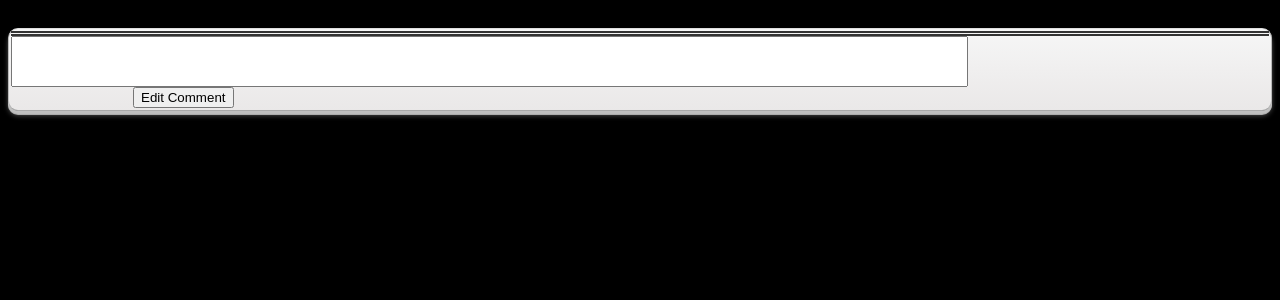
Repository: SuvakovSrdjan/WebForum
Page: http://localhost/Simple-web-forum/EditComment.jsp
The author's editor kept a copy of each file at every save. The page is drawn from the files as they stood at one save, then again after the next save.
The browser window is 1280 px wide. The pictures show the whole page.
The page is served by Tomcat 9. Other server files are loaded and not shown.

Above is the page before, as saved 2017-09-18 19:38:19.

### Simple-web-forum/WebContent/EditComment.jsp
<%@ page language="java" contentType="text/html; charset=UTF-8"
    pageEncoding="UTF-8"%>
<%@taglib uri="http://java.sun.com/jsp/jstl/core" prefix="c"%>
<!DOCTYPE html PUBLIC "-//W3C//DTD HTML 4.01 Transitional//EN" "http://www.w3.org/TR/html4/loose.dtd">
<html>
<head>
<meta http-equiv="Content-Type" content="text/html; charset=UTF-8">
<title>Infinite Comment</title>
<link rel="stylesheet" type="text/css" href="WEB-SRC/StyleSettingsMainPage.css">
</head>
<body>

<form style="padding-top: 20px;" name="msgForm"  method="post" action="InfiniteCommentServlet">
	<table>
		<tr>
			<td colspan = "2"><textarea style="resize: none;" rows="3" cols="117" name="commentText"></textarea>
			<input type="submit" name="addComment" value="Edit Comment" ></td>
		</tr>
	</table>
</form>

</body>
</html>

### Simple-web-forum/WebContent/WEB-SRC/StyleSettingsMainPage.css
@charset "UTF-8";
body {
	background-color: activecaption;
	font: 12px Lucida sans, Arial, Helvetica, sans-serif;
	color: #333;
	text-align: center;
}

h1 {
	color: white;
}
img{
	width: 50px;
	height: 50px;
	white-space: -o-pre-wrap;
    word-wrap: break-word;
    white-space: pre-wrap;
    white-space: -moz-pre-wrap;
    white-space: -pre-wrap;
}
ul {
	list-style-type:none;
    background-color: #444444;
	background-image: -webkit-gradient(linear, left top, left bottom, from(#444444), to(#eae8e8));
	background-image: -webkit-linear-gradient(top, #f6f6f6, #eae8e8);
	background-image: -moz-linear-gradient(top, #444444, #eae8e8);
	background-image: -ms-linear-gradient(top, #f6f6f6, #eae8e8);
	background-image: -o-linear-gradient(top, #f6f6f6, #eae8e8);
	background-image: linear-gradient(top, #f6f6f6, #eae8e8);
	border-color: #dedede #bababa #aaa #bababa;
	border-style: solid;
	border-width: 1px;
	-webkit-border-radius: 10px;
	-moz-border-radius: 10px;
	border-radius: 10px;
	-webkit-box-shadow: 0 3px 3px rgba(255,255,255,.1), 0 3px 0 #bbb, 0 4px 0 #aaa, 0 5px 5px #444;
	-moz-box-shadow: 0 3px 3px rgba(255,255,255,.1), 0 3px 0 #bbb, 0 4px 0 #aaa, 0 5px 5px #444;
	box-shadow: 0 3px 3px rgba(255,255,255,.1), 0 3px 0 #bbb, 0 4px 0 #aaa, 0 5px 5px #444;




    overflow: auto; /* Enable scrolling if the sidenav has too much content */
}
li {
   float: left;
   background-color: #444444;
	background-image: -webkit-gradient(linear, left top, left bottom, from(#444444), to(#eae8e8));
	background-image: -webkit-linear-gradient(top, #f6f6f6, #eae8e8);
	background-image: -moz-linear-gradient(top, #444444, #eae8e8);
	background-image: -ms-linear-gradient(top, #f6f6f6, #eae8e8);
	background-image: -o-linear-gradient(top, #f6f6f6, #eae8e8);
	background-image: linear-gradient(top, #f6f6f6, #eae8e8);
	border-color: #dedede #bababa #aaa #bababa;
	border-style: solid;
	border-width: 1px;
	-webkit-border-radius: 10px;
	-moz-border-radius: 10px;
	border-radius: 10px;
	-webkit-box-shadow: 0 3px 3px rgba(255,255,255,.1), 0 3px 0 #bbb, 0 4px 0 #aaa, 0 5px 5px #444;
	-moz-box-shadow: 0 3px 3px rgba(255,255,255,.1), 0 3px 0 #bbb, 0 4px 0 #aaa, 0 5px 5px #444;
	box-shadow: 0 3px 3px rgba(255,255,255,.1), 0 3px 0 #bbb, 0 4px 0 #aaa, 0 5px 5px #444;

	overflow: hidden;
	padding: 0px;
}
li:last-child {
    border-right-style: none;
    border-left-style: inset;
    border-left-color: #111111;
    float:right;
}
a {
    display: block;
    padding: 17px;
    background-color: #333333;
}

table{
	list-style-type: circle;
    background-color: #444444;
	background-image: -webkit-gradient(linear, left top, left bottom, from(#444444), to(#eae8e8));
	background-image: -webkit-linear-gradient(top, #f6f6f6, #eae8e8);
	background-image: -moz-linear-gradient(top, #444444, #eae8e8);
	background-image: -ms-linear-gradient(top, #f6f6f6, #eae8e8);
	background-image: -o-linear-gradient(top, #f6f6f6, #eae8e8);
	background-image: linear-gradient(top, #f6f6f6, #eae8e8);
	border-color: #dedede #bababa #aaa #bababa;
	border-style: solid;
	border-width: 1px;
	-webkit-border-radius: 10px;
	-moz-border-radius: 10px;
	border-radius: 10px;
	-webkit-box-shadow: 0 3px 3px rgba(255,255,255,.1), 0 3px 0 #bbb, 0 4px 0 #aaa, 0 5px 5px #444;
	-moz-box-shadow: 0 3px 3px rgba(255,255,255,.1), 0 3px 0 #bbb, 0 4px 0 #aaa, 0 5px 5px #444;
	box-shadow: 0 3px 3px rgba(255,255,255,.1), 0 3px 0 #bbb, 0 4px 0 #aaa, 0 5px 5px #444;
	table-layout: fixed;
	width: 100%;



    overflow: auto; /* Enable scrolling if the sidenav has too much content */
}

 td {
 	background-color: light-yellow;
 	Width: auto;
	Height: auto;
    border-style: none;
    border-top: thick double #333333;
	color: black;
	font-size: medium;
	text-align: left;
	white-space: -o-pre-wrap;
    word-wrap: break-word;
    white-space: pre-wrap;
    white-space: -moz-pre-wrap;
    white-space: -pre-wrap;
    padding: 0px;
 }
 td:img {
 	background-color: light-yellow;
 	Width: 250px;
	Height: 250px;
    border-style: none;
    border-top: thick double #333333;
	color: black;
	font-size: medium;
	text-align: left;
	white-space: -o-pre-wrap;
    word-wrap: break-word;
    white-space: pre-wrap;
    white-space: -moz-pre-wrap;
    white-space: -pre-wrap;
    padding: 0px;
 }
th {
 	background-color: light-yellow;
 	Width: auto;
	Height: auto;
	font-size: large;
    border-style: none;
    padding: 0px;
 }

header {
    background-color: #84e3e9;
    padding: 20px 0;
    padding-left:50px;
	padding-right:50px;
}
a:link {
    color: white;
    text-decoration: none;
    font-style: oblique;
}

/* visited link */
a:visited {
    color: white;
    text-decoration: none;
    font-style: oblique;
}

/* mouse over link */
a:hover {
    background-color: #31b2c3;
	background-image: -webkit-gradient(linear, left top, left bottom, from(#0483a0), to(#31b2c3));
	background-image: -webkit-linear-gradient(top, #0483a0, #31b2c3);
	background-image: -moz-linear-gradient(top, #0483a0, #31b2c3);
	background-image: -ms-linear-gradient(top, #0483a0, #31b2c3);
	background-image: -o-linear-gradient(top, #0483a0, #31b2c3);
	background-image: linear-gradient(top, #0483a0, #31b2c3);
}

/* selected link */
a:active {
    -webkit-box-shadow: 0 1px 4px rgba(0, 0, 0, 0.5) inset;
	-moz-box-shadow: 0 1px 4px rgba(0, 0, 0, 0.5) inset;
	box-shadow: 0 1px 4px rgba(0, 0, 0, 0.5) inset;
	outline: 0;
}


.form-wrapper {
	background-color: #444444;
	background-image: -webkit-gradient(linear, left top, left bottom, from(#444444), to(#eae8e8));
	background-image: -webkit-linear-gradient(top, #f6f6f6, #eae8e8);
	background-image: -moz-linear-gradient(top, #444444, #eae8e8);
	background-image: -ms-linear-gradient(top, #f6f6f6, #eae8e8);
	background-image: -o-linear-gradient(top, #f6f6f6, #eae8e8);
	background-image: linear-gradient(top, #f6f6f6, #eae8e8);
	border-color: #dedede #bababa #aaa #bababa;
	border-style: solid;
	border-width: 1px;
	-webkit-border-radius: 10px;
	-moz-border-radius: 10px;
	border-radius: 10px;
	-webkit-box-shadow: 0 3px 3px rgba(255,255,255,.1), 0 3px 0 #bbb, 0 4px 0 #aaa, 0 5px 5px #444;
	-moz-box-shadow: 0 3px 3px rgba(255,255,255,.1), 0 3px 0 #bbb, 0 4px 0 #aaa, 0 5px 5px #444;
	box-shadow: 0 3px 3px rgba(255,255,255,.1), 0 3px 0 #bbb, 0 4px 0 #aaa, 0 5px 5px #444;

	overflow: hidden;
	padding: 2px;
	width: 450px;
}

.form-wrapper #search {
	border: 1px solid #;
	-webkit-box-shadow: 0 1px 1px #ddd inset, 0 1px 0 #FFF;
	-moz-box-shadow: 0 1px 1px #ddd inset, 0 1px 0 #FFF;
	box-shadow: 0 1px 1px #ddd inset, 0 1px 0 #FFF;
	-webkit-border-radius: 3px;
	-moz-border-radius: 3px;
	border-radius: 3px;
  color: #999;
	float: left;
	font: 16px Lucida Sans, Trebuchet MS, Tahoma, sans-serif;
	height: 12px;
	padding: 10px;
	width: 320px;
}
form{
	float: left;
}

.form-wrapper #search:focus {
	border-color: #aaa;
	-webkit-box-shadow: 0 1px 1px #bbb inset;
	-moz-box-shadow: 0 1px 1px #bbb inset;
	box-shadow: 0 1px 1px #bbb inset;
	outline: 0;
}

.form-wrapper #search:-moz-placeholder,
.form-wrapper #search:-ms-input-placeholder,
.form-wrapper #search::-webkit-input-placeholder {
	color: #999;
	font-weight: normal;
}

.form-wrapper #submit {
	background-color: #0483a0;
	background-image: -webkit-gradient(linear, left top, left bottom, from(#31b2c3), to(#0483a0));
	background-image: -webkit-linear-gradient(top, #31b2c3, #0483a0);
	background-image: -moz-linear-gradient(top, #31b2c3, #0483a0);
	background-image: -ms-linear-gradient(top, #31b2c3, #0483a0);
	background-image: -o-linear-gradient(top, #31b2c3, #0483a0);
	background-image: linear-gradient(top, #31b2c3, #0483a0);
	border: 1px solid #00748f;
	-moz-border-radius: 3px;
	-webkit-border-radius: 3px;
	border-radius: 3px;
	-webkit-box-shadow: 0 1px 0 rgba(255, 255, 255, 0.3) inset, 0 1px 0 #FFF;
	-moz-box-shadow: 0 1px 0 rgba(255, 255, 255, 0.3) inset, 0 1px 0 #FFF;
	box-shadow: 0 1px 0 rgba(255, 255, 255, 0.3) inset, 0 1px 0 #FFF;
	color: #fafafa;
	cursor: pointer;
	height: 42px;
	float: right;
	font: 15px Arial, Helvetica;
	padding: 0;
	text-transform: uppercase;
	text-shadow: 0 1px 0 rgba(0, 0 ,0, .3);
	width: 100px;
}

.form-wrapper #submit:hover,
.form-wrapper #submit:focus {
	background-color: #31b2c3;
	background-image: -webkit-gradient(linear, left top, left bottom, from(#0483a0), to(#31b2c3));
	background-image: -webkit-linear-gradient(top, #0483a0, #31b2c3);
	background-image: -moz-linear-gradient(top, #0483a0, #31b2c3);
	background-image: -ms-linear-gradient(top, #0483a0, #31b2c3);
	background-image: -o-linear-gradient(top, #0483a0, #31b2c3);
	background-image: linear-gradient(top, #0483a0, #31b2c3);
}

.form-wrapper #submit:active {
	-webkit-box-shadow: 0 1px 4px rgba(0, 0, 0, 0.5) inset;
	-moz-box-shadow: 0 1px 4px rgba(0, 0, 0, 0.5) inset;
	box-shadow: 0 1px 4px rgba(0, 0, 0, 0.5) inset;
	outline: 0;
}

.form-wrapper #submit::-moz-focus-inner {
	border: 0;
}

form #submit {
	background-color: #0483a0;
	background-image: -webkit-gradient(linear, left top, left bottom, from(#31b2c3), to(#0483a0));
	background-image: -webkit-linear-gradient(top, #31b2c3, #0483a0);
	background-image: -moz-linear-gradient(top, #31b2c3, #0483a0);
	background-image: -ms-linear-gradient(top, #31b2c3, #0483a0);
	background-image: -o-linear-gradient(top, #31b2c3, #0483a0);
	background-image: linear-gradient(top, #31b2c3, #0483a0);
	border: 1px solid #00748f;
	-moz-border-radius: 3px;
	-webkit-border-radius: 3px;
	border-radius: 3px;
	-webkit-box-shadow: 0 1px 0 rgba(255, 255, 255, 0.3) inset, 0 1px 0 #FFF;
	-moz-box-shadow: 0 1px 0 rgba(255, 255, 255, 0.3) inset, 0 1px 0 #FFF;
	box-shadow: 0 1px 0 rgba(255, 255, 255, 0.3) inset, 0 1px 0 #FFF;
	color: #fafafa;
	cursor: pointer;
	height: 47px;
	float: right;
	font: 15px Arial, Helvetica;
	padding: 0px;
	text-transform: uppercase;
	text-shadow: 0 1px 0 rgba(0, 0 ,0, .3);
	width: 100px;
}

form #submit:hover,
form #submit:focus {
	background-color: #31b2c3;
	background-image: -webkit-gradient(linear, left top, left bottom, from(#0483a0), to(#31b2c3));
	background-image: -webkit-linear-gradient(top, #0483a0, #31b2c3);
	background-image: -moz-linear-gradient(top, #0483a0, #31b2c3);
	background-image: -ms-linear-gradient(top, #0483a0, #31b2c3);
	background-image: -o-linear-gradient(top, #0483a0, #31b2c3);
	background-image: linear-gradient(top, #0483a0, #31b2c3);
}

form #submit:active {
	-webkit-box-shadow: 0 1px 4px rgba(0, 0, 0, 0.5) inset;
	-moz-box-shadow: 0 1px 4px rgba(0, 0, 0, 0.5) inset;
	box-shadow: 0 1px 4px rgba(0, 0, 0, 0.5) inset;
	outline: 0;
}

form #submit::-moz-focus-inner {
	border: 0;
}

After the next save:
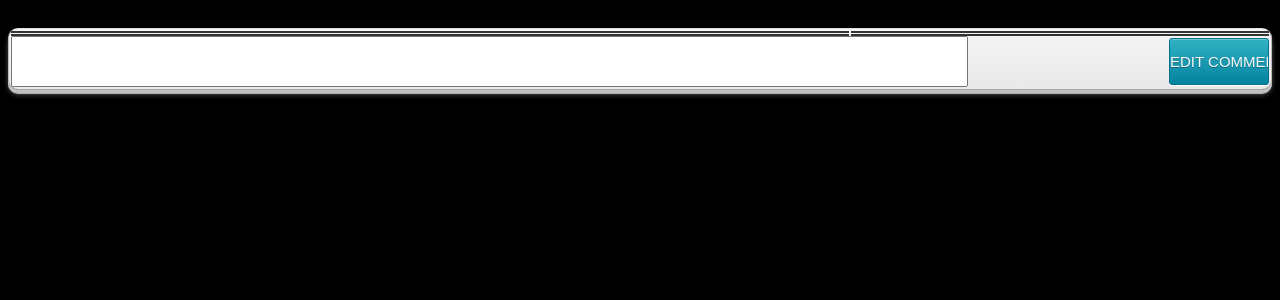
Saved 11 s later.
--- a/Simple-web-forum/WebContent/EditComment.jsp
+++ b/Simple-web-forum/WebContent/EditComment.jsp
@@ -13,8 +13,8 @@
 <form style="padding-top: 20px;" name="msgForm"  method="post" action="InfiniteCommentServlet">
 	<table>
 		<tr>
-			<td colspan = "2"><textarea style="resize: none;" rows="3" cols="117" name="commentText"></textarea>
-			<input type="submit" name="addComment" value="Edit Comment" ></td>
+			<td colspan = "2"><textarea style="resize: none;" rows="3" cols="117" name="commentText"></textarea></td>
+			<td><input type="submit" name="addComment" value="Edit Comment" id="submit"></td>
 		</tr>
 	</table>
 </form>
